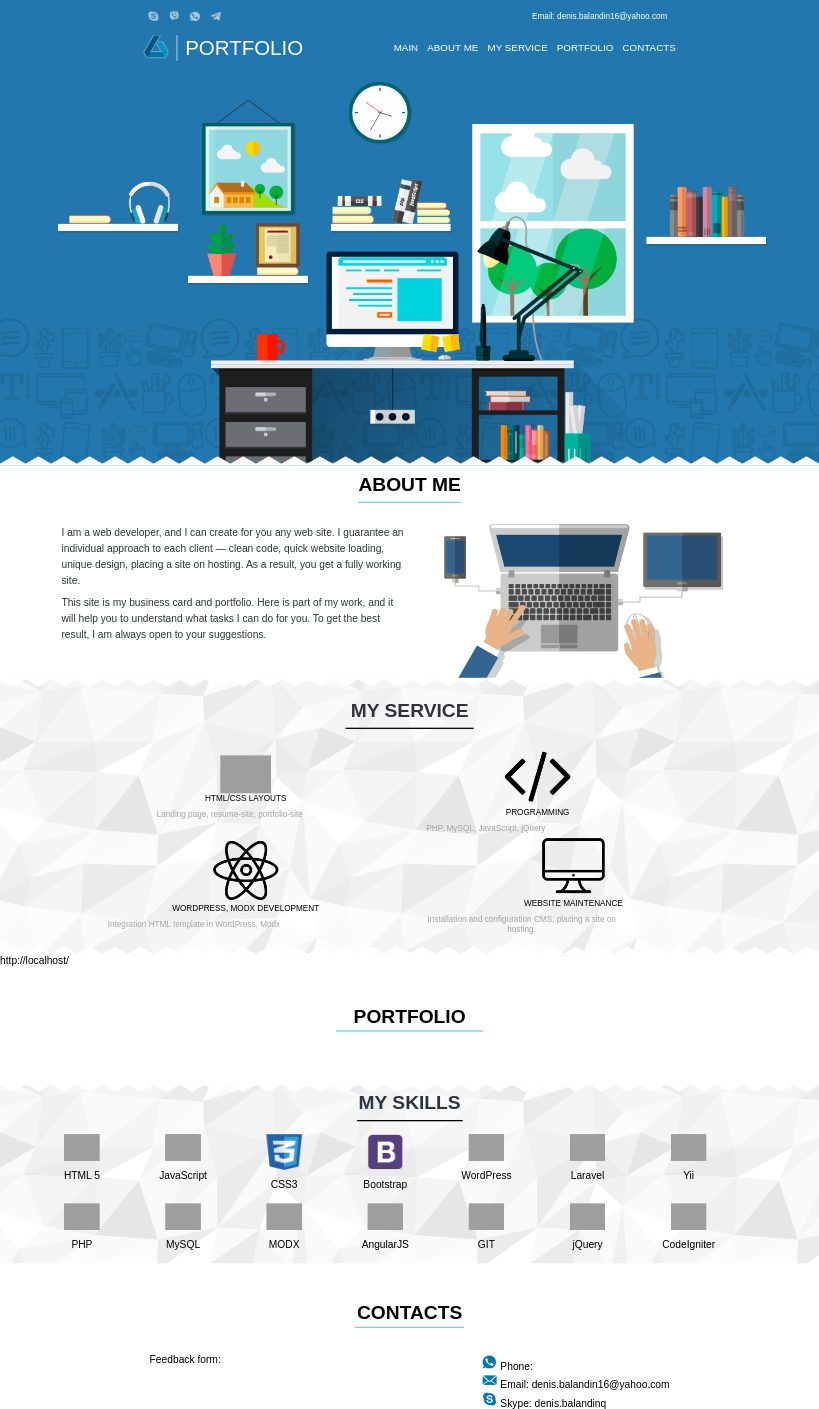
Repository: DenisBalandin/Portfolio
Page: /
The author's editor kept a copy of each file at every save. The page is drawn from the files as they stood at one save, then again after the next save.
The browser window is 1280 px wide. The pictures show the whole page, at 64% of full size.
Pictures or frames that could not be fetched are drawn as grey boxes. The page's requests for data from a server got no answer. The project was rebuilt for these pictures with package versions that can differ from the ones it lists, and the page was loaded fresh each time. No one was signed in, and anything a server would have sent is missing. Also part of the build but not shown: src/ItemPage.js.

Above is the page before, as saved 2020-03-07 12:51:21.

### src/App.js
import React from 'react';
import './style.scss';
import ItemPage from './ItemPage';
import Home from './Home';
import Header from './Header';


import {BrowserRouter as Router,Route, Link} from 'react-router-dom';

function App(){
  return (
    <Router>
      <Header/>
      <Route exact path="/pageitem" component={ItemPage} />

      <Route exact path="/pageitem/:itemid" component={ItemPage} />
      <Route exact path="/" component={Home} />
    </Router>
  );
}

export default App;

### src/style.scss
*{padding: 0; margin: 0;}
body{font-family: Arial; min-width: 500px; }
a{text-decoration: none; color: #FFFFFF; text-decoration: none;}
li{list-style: none;}

/* Heder */
#first_page_bg{
    width:100%;
    height: 70%;
    background: #2277ae;
    header{
        width: 65%;
        margin: 0 auto 0 auto;
        .up_menu_links{
            display: flex;
            justify-content: space-between;
           padding: 2% 0 0 0;
            .social_link{
                width: 30%;
                a{

                    img{
                        width: 7%;
                    }
                    margin: 0 3% 0 3%;
                }
            }
            .email_heder{
                 width: 30%;
                margin: 0 1.5% 0 0;
                a{
                    // display: flex;
                    .email_icon{
                        // width: 15%;
                        // width: 100%;
                        img{
                            width: 100%;
                            // position: absolute;
                            margin: 0 0 0 -2%;
                            // height: 100%;
                        }
                    }
                    div{
                        margin: 0.3% -2% 0 15%;
                        font-size: 1.0vw;
                    }
                }
            }
        }
        menu{
            margin:2% 0 5% 0;
            display: flex;
            justify-content: space-between;
            flex-wrap: wrap;
            width: 100%;
            .logo{
                width: 30%;
                display: flex;
                height: 100%;
                img{
                   width: 100%;
                //    height: 100%;
                //    margin: 5% 0 0% 0;
                }
                .company_name{
                    margin: auto;
                    margin: 0% 0 0 5%;
                    // height: 90%;
                    padding: 0 0 0 5%;
                    border-left: #FFFFFF 1px solid;
                    font-size: 2.5vw;
                    // height: 100%;
                    display: table;
                    a{
                        vertical-align: middle;
                    }
                }
            }
            .menu_heder{
                padding: 1.2% 0 0 0;
                width: 53%;
                display: flex;
                justify-content: space-between;
                div{
                    display: table;
                    a{
                        font-size: 1.2vw;
                        vertical-align: middle;

                    }
                    a:hover{
                        text-decoration: underline;
                    }
                }
            }
        }
    }
}
/*Heder end*/

/*Page*/
#first_page_bg_single{ width: 100%; height: 195px; background: #2277ae; padding:0px 0 0 0; overflow: hidden;}
.bg_page_insaide_page{width: 100%; background: url("img/pattop1.png") repeat-x; height: 230px; position: relative; z-index:5;}
.deltatop_page_page{width: 100%; background: url("img/deltatop.png") repeat-x; height: 14px; position: relative; z-index: 20; margin: -13px 0 0 0;}
#content_page{
    max-width: 1200px;
    margin: 30px auto 0px auto;
    display: flex;
    flex-wrap: wrap;
    flex-direction: row;
    justify-content: space-around;
}
.content_pageh1{
    font-size: 30px;
    text-transform: uppercase;
    text-align: center;
    font-weight: bold;
    position: relative;
    margin-bottom: 30px;
    color:#303440;
    text-decoration: underline;
    padding: 40px 0 10px 0;
}
#content_page img{
    width: 100%;
    height: auto;
}
/*Page end*/
.order_site{float: right; margin: 15px 0 0 20px; width: 178px; height: 30px; border: 1px solid #6ca6cd; text-align: center; color: #ffffff; padding: 10px 0 0 0; font-size: 14px; box-shadow: 9px 8px 4px -7px #2277ae; }
.order_site:hover{background: #0298cc; cursor: pointer;}
.company_name{
    color: #ffffff;
    font-size: 45px;
    margin: -10px 0 0 15px;
}
.company_name a{color: #FFFFFF;}
.company_name a:hover{color: #FFFFFF; text-decoration: none;}
.logo_border{
    width: 1px; height: 50px; background: #FFFFFF; margin: 0 10px 0 25px;
}
.content_description{
    max-width: 750px;
    height: 60px;
    float: left;
    font-size: 14px;
    color: #303440;
    margin: 0 0px 0 0;
}
.tools{ font-size: 15px; color: #303440; padding: 0 0 0 0px; }
.content_link{font-size: 15px; color: #303440; margin:0px 0 20px 0;}
.content_link a{color: #303440; text-decoration: underline;}
.content_link a:hover{text-decoration: none;}
.content_text{
    width: 80%;
    background: #fff;
    border: 1px solid #59759b;
    overflow: hidden;
    margin: 0 auto 0 auto;
}
.content_text img{
    width: 100%!important;
    height: 50%!important;
}
.web_line{ background:url("img/web_line.jpg")no-repeat;  display: inline-block; height: 69px; max-width: 1150px; margin: 0 0 -5px 0; border-right: 1px solid #59759b; border-left: 1px solid #59759b; border-top: 1px solid #59759b;}
.content_url{float: left; margin: 40px 0 0 160px;}
.content_url a{color: #585353;}
/*Links end*/
.flex-container {
    display: flex;
    flex-direction:  row-reverse;
}
/*Top Menu*/
.heder_menu{
    display: flex;
}
.top_menu{
    margin: 20px 0;
    display: flex;
    flex-direction:row;
}
/*Page bg*/
.page_bg{
    margin: -10px auto 0 auto;
}
.bg_page_insaide{width: 100%; background: url("img/pattop.png") repeat-x;  position: relative; z-index:5; background-position: bottom;
    display: flex;
    flex-direction: column;
}
.bg_page_insaide_single{width: 100%; margin: 15px 0 0 0; background: url("img/pattop.png") repeat-x; height: 130px; position: relative; z-index:5;}
.deltatop_page{width: 100%; background: url("img/deltatop.png") repeat-x; height: 14px; position: relative; z-index: 20; margin: -14px 0 0 0;}
/*Page bg end*/

/*About me*/
#about_me{
    width: 85%;
    margin:  1% auto 0% auto;
    h1{
        font-size: 30px;
        text-transform: uppercase;
        margin: 0 auto 2% auto;
        font-weight: bold;
        position: relative;
        border-bottom: 2px solid #6dcff6;
        width: 160px;
        padding: 0 0 10px 0;
    }
    .about_me_content{
    display: inline-block;
    height: 40%!important;

        p{
            box-sizing: border-box;
            font-size: 20px "Roboto";
            line-height: 25px;
            color: #303440; margin: 1% 0 1% 0;
        }
        img{
            // width: 30%;
            padding: 0 5% 0 5%;
            margin: 0 0 0% 0;

        }
    }
}
/*About me end*/

/*My Service*/
#my_service_bg{
    height: 100%;
    background: url("img/bgdelta.png") repeat-x;
    h3{
        font-size: 30px;
        text-transform: uppercase;
        font-weight: bold;
        color: #303440;
        width: 200px;
        text-align: center;
        margin: 20px auto 20px auto;
        border-bottom: 2px #000000 solid;
        padding: 0 0 10px 0;
    }
    .my_service_line_top{
        width: 100%;
        height: 14px;
        background: url("img/deltabottom.png") repeat-x;
    }
    .my_service_line_bottom{
        width: 100%;
        height: 14px;
        background: url("img/deltatop.png") repeat-x;
    }
    #my_service{
        max-width: 1500px;
        margin: 0px auto 20px auto;
        display: flex;
        flex-direction:row;
        flex-wrap: wrap;
        justify-content: center;
        div{
            display: flex;
            flex-direction:column;
            flex-wrap: wrap;
            justify-content: center;
            img{
                width: 20%;
                margin:  0 auto 0 auto;
            }
            .text_1{
                text-align: center;
                padding: 0 25px 0 25px;
                font-size: 1vw;
            }
            .text_2{
                text-align: center;
                padding: 0 25px 0 25px;
                color:#a4a4a4;
                font-size: 1vw;
                width: 300px;
            }
        }
    }
}


/*My service end*/

/*Portfolio*/
#portfolio{
    max-width: 1200px;
    margin: 0 auto 40px auto;
    display: flex;
    flex-direction:row;
    flex-wrap: wrap;
    justify-content: center;
}
.portfolioh3{
    font-size: 30px;
    text-transform: uppercase;
    text-align: center;
    font-weight: bold;
    position: relative;
    border-bottom: 2px solid #6dcff6;
    width: 230px;
    margin: 60px auto 40px auto;
    padding: 0 0 5px 0;
}
#portfolio .portfolioblock{
    border: 1px solid #bfd2e1;
    width: 368px;
    margin: 10px;
    box-shadow: 5px 5px 4px -5px #000000;
}
#portfolio div img{
    margin: -12px 0 0px 0;
    display: inline-block;
}
.p_name{
    background:#2d7eb2;
    text-align: center;
    height: 40px;
    opacity: 0.8;
    padding: 2px 20px;
    margin: 0 auto 0 auto;
}
.p_name a{
    font-size: 20px;
    color: #ffffff;
}
.p_name:hover{
    text-decoration: none;
}
/*Portfolio end*/

/*Content blog*/
#content_blog{ max-width: 1200px;  margin: 0 auto 40px auto; min-height: 300px;}
/*Content blog end*/



/*I used*/
#my_skils_bg{
    width: 100%;
    height: 100%;
    background: url("img/bgdelta.png") repeat-x;
    margin: 0 0 40px 0;
}
.my_skils_line_top{
    width: 100%;
    height: 14px;
    background: url("img/deltabottom.png") repeat-x;
}
.my_skils_line_bottom{
    width: 100%;
    height: 14px;
    background: url("img/deltatop.png") repeat-x;
}
#my_skils{
    max-width: 1200px;
    margin: 10px auto 0px auto;
    display: flex;
    flex-direction:row;
    flex-wrap: wrap;
}
#my_skils div img{}
.my_skillsh3{
    font-size: 30px;
    text-transform: uppercase;
    font-weight: bold;
    color: #303440;
    width: 165px;
    text-align: center;
    margin: 0 auto 20px auto;
    border-bottom: 2px #000000 solid;
    padding: 0 0 10px 0;
}
#my_skils div{ width: 140px; text-align: center; margin: 0 0 20px 18px;}
#my_skils div img{margin: 0 0 10px 0; width:40%;}
.about_me_img{}
.text_1{ text-align: center;}
.text_2{ text-align: center; margin: 10px 0 0 0; color:#a4a4a4; font-size: 13px;}
/*I used end*/

/*Portfolio*/
.contactsh3{
    font-size: 30px;
    text-transform: uppercase;
    text-align: center;
    font-weight: bold;
    position: relative;
    border-bottom: 2px solid #6dcff6;
    width: 170px;
    margin: 60px auto 40px auto;
    padding: 0 0 5px 0;
}
#contacts{
    max-width: 1200px;
    margin: 0 auto 0px auto;
    display: flex;
    flex-direction:row;
    flex-wrap: wrap;
    justify-content: space-around;
}
.formcont{ margin: 0 20px 0 0;}
.formcont input{border: 1px solid #dddddd; margin: 10px 0 10px 0; width: 250px; height: 30px; color: #666666; padding: 0 0 0 10px;}
.formcont textarea{border: 1px solid #dddddd; margin: 10px 0 10px 0; width: 410px; height: 70px; color: #666666; padding: 15px 0 0 10px;}
.formcont button{ background:#0298cc; height: 40px; width: 180px; color: #ffffff; font-size: 18px; border: 1px solid #6ca6cd; cursor: pointer;}
.formcont button:hover{ background:#2277ae;}
/*Portfolio end*/

/*Footer*/
#footer_bg{background: #2277ae; width: 100%; height: 100px; margin: 50px 0 0 0; }
#footer{max-width: 1200px;  margin: 10px auto 0px auto; height: 50px;}
.copyright{ color: #ffffff; margin: 25px 0 0 10px;}
.footermenu{ margin: 25px 0 0 0;}
.footermenu li{float: left; font-size: 14px; margin: 0 10px 0 10px; color: #ffffff; border-bottom: 1px solid #ffffff;}
.footermenu li:hover{border-bottom: 1px solid #2277ae;}
/*footer end*/


@media all and (max-width: 900px) {
    menu{
        display: block!important;
        .logo{
            width: 60%;
           margin: 2% auto 2% auto;
        }
        .menu_heder{
            width: 90%!important;
            margin: 2% auto 4% auto;
            a{
                font-size: 2vw!important;
            }

        }
    }
    .social_link{
        display: none
    }
    .email_heder{
        display: none
    }
    #my_service div img {
        width: 0%;
    }

    #about_me p img {
        width: 0%;
    }

    #my_skils div img {
        width: 0% !important;
    }

    #my_skils{
        justify-content: space-around!important;
    }
    #my_skils div{
        margin: 0 !important;
    }
    .top_menu{
        display: none!important;
    }
    .menu{
        margin: 10px 0 40px 0!important;
        justify-content: space-around !important;
    }
    #about_me p{
        padding: 0 30px 0 30px!important;
    }
}

### src/Home.js
import React,{Component} from 'react';
import AboutMe from './AboutMe';
import MyService from './MyService';
import MySkills from './MySkills';
import Contacts from './Contacts';
import Portfolio from './Portfolio';
import {BrowserRouter as Router,Route, Link} from 'react-router-dom';


class Home extends Component{
    render(){
        return(
            <div>
                <Router>
                    <AboutMe/>
                    <MyService/>
                    <Portfolio/>
                    <MySkills/>
                    <Contacts/>
                </Router>
            </div>
        );
    }
}
export default Home;

### src/AboutMe.js
import React from 'react';
import aboutme from './img/aboutme.png';

function AboutMe(){
    return(
        <div id="about_me">
            <h1>ABOUT ME</h1>
            <div className="about_me_content">
                <p>
                    <img className="about_me_img" align="right" src={aboutme} width="40%"/>
                    I am a web developer, and I can create for you any web site. I guarantee an individual approach to each client — clean code, quick website loading, unique design, placing a site on hosting. As a result, you get a fully working site.
                </p>
                <p>
                    This site is my business card and portfolio. Here is part of my work, and it will help you to understand what tasks I can do for you. To get the best result, I am always open to your suggestions.
                </p>
            </div>
        </div>
    );
}
export default AboutMe;

### src/MyService.js
import React from 'react';
import html_icon from './img/html_icon.png';
import code_icon from './img/code_icon.png';
import react from './img/react_icon.png';
import display_icoon from './img/display_icoon.png';

function MyService(){
    return(
        <div id="my_service_bg">
          <div className="my_service_line_top"></div>
          <h3>MY SERVICE</h3>
          <div id="my_service">
              <div>
                <img src={html_icon} />
                <div className="text_1">HTML/CSS LAYOUTS</div>
                <div className="text_2">Landing page, resume-site, portfolio-site</div>
              </div>
              <div>
                <img  src={code_icon} />
                <div className="text_1">PROGRAMMING</div>
                <div className="text_2">PHP, MySQL, JavaScript, jQuery</div>
              </div>
              <div>
                <img src={react}/>
                <div className="text_1">WORDPRESS, MODX DEVELOPMENT</div>
                <div className="text_2">Integration HTML template in WordPress, Modx</div>
              </div>
              <div>
                <img src={display_icoon}/>
                <div className="text_1">WEBSITE MAINTENANCE</div>
                <div className="text_2">Installation and configuration CMS, placing a site on hosting.</div>
              </div>
          </div>
          <div className="my_service_line_bottom"></div>
      </div>
    );
}
export default MyService;

### src/MySkills.js
import React from 'react';
import css3 from './img/css3.png';
import bootstrap from './img/bootstrap.png';

function MySkills(){
    return(
        <div id="my_skils_bg">
            <div className="my_skils_line_top"></div>
            <h3 className="my_skillsh3">My Skills</h3>
            <div id="my_skils">
                <div>
                    <img src="<?php bloginfo('template_directory'); ?>/img/html5.png" />
                    <p>HTML 5</p>
                </div>
                <div>
                    <img src="<?php bloginfo('template_directory'); ?>/img/js.png"/>
                    <p>JavaScript</p>
                </div>
                <div><img src={css3}/> <p>CSS3</p></div>
                <div><img src={bootstrap}/><p>Bootstrap</p></div>
                <div><img src="<?php bloginfo('template_directory'); ?>/img/wordpress.png"/><p>WordPress</p></div>
                <div><img src="<?php bloginfo('template_directory'); ?>/img/laravel.png"/><p>Laravel</p></div>
                <div><img src="<?php bloginfo('template_directory'); ?>/img/yii.png"/><p>Yii</p></div>
                <div><img src="<?php bloginfo('template_directory'); ?>/img/php.png"/><p>PHP</p></div>
                <div><img src="<?php bloginfo('template_directory'); ?>/img/mysql.png"/><p>MySQL</p></div>
                <div><img src="<?php bloginfo('template_directory'); ?>/img/modx.png"/><p>MODX</p></div>
                <div><img src="<?php bloginfo('template_directory'); ?>/img/angular.png"/><p>AngularJS</p></div>
                <div><img src="<?php bloginfo('template_directory'); ?>/img/git.png"/><p>GIT</p></div>
                <div><img src="<?php bloginfo('template_directory'); ?>/img/jquery.png"/><p>jQuery</p></div>
                <div><img src="<?php bloginfo('template_directory'); ?>/img/codeigniter.png"/><p>CodeIgniter</p></div>
            </div>
            <div className="my_service_line_bottom"></div>
        </div>
    );
}
export default MySkills;

### src/Contacts.js
import React from 'react';
import skype_cont from './img/skype_cont.jpg';
import mail_cont from './img/mail_cont.jpg';
import phone_cont from './img/phone_cont.png';

function Contacts(){
    return(
        <>
            <h3 className="contactsh3">CONTACTS</h3>
            <div id="contacts">
                <div className="formcont">
                    <p>Feedback form:</p>

                </div>
                <div className="contacts">
                    <div>
                    <img src={phone_cont}/> <span>Phone:</span>
                    </div>
                    <div>
                    <img src={mail_cont}/> <span>Email: denis.balandin16@yahoo.com  </span>
                    </div>
                    <div>
                    <img src={skype_cont}/> <span>Skype: denis.balandinq </span>
                    </div>
                </div>
            </div>
        </>
    );
}
export default Contacts;

### src/Portfolio.js
import React,{Component} from 'react';
import portfolioicon from './img/portfolioicon.jpg';
import { db } from "./firebase";
import ReactHtmlParser, { processNodes, convertNodeToElement, htmlparser2 } from 'react-html-parser';
import {BrowserRouter as Router,Route, Link} from 'react-router-dom';

class Portfolio extends Component{
    constructor(props){
        super(props);
        this.state = {
            pages:[]
        }
    }
    componentDidMount(){
        this.getFetch();
    }
    getFetch = () => {
        // db.collection("messages")
        // .get()
        // .then(querySnapshot => {
        //     let fullArray = [];
        //     const data = querySnapshot.docs.map(doc => doc.data());
        //     for(var int = 0; int < data.length; int++){
        //         fullArray[int] = {
        //             name: data[int].name,
        //             date:data[int].date,
        //             check:data[int].check,
        //             id: querySnapshot.docs[int].id,
        //         }
        //     }
        //     this.setState({ users: fullArray });
        // });
        fetch('http://testwoo/wp-json/wp/v2/posts')
        .then(response => response.json())
        .then(
            result => this.setState({
                pages:result
            })
        );
    }

    render(){
       return(
           <>
           {window.location.href}
            {/* <Route exact path="/"  component={Home}/> */}
            <h3 className="portfolioh3">PORTFOLIO</h3>
            <div id="portfolio">
                {this.state.pages.map((page, index)=>
                    <div className="portfolioblock">
                        {/* <Link to={`/pageitem/${page.id}`}>
                            <img src={portfolioicon}  width="368"/>
                            { ReactHtmlParser(page.excerpt.rendered)}
                        </Link>
                        <div className="p_name">
                            <a href="/pexuniverse/">{page.title.rendered}</a>
                        </div> */}
                    </div>
                )}


            </div>
        </>
       );
   }
}
export default Portfolio;

### src/firebase.js
import firebase from 'firebase';

const firebaseApp = firebase.initializeApp({
    apiKey: "AIzaSyBH21wpMVzXC2kYGnD8x1tI6ru-zdWNAqs",
    authDomain: "test-4ba23.firebaseapp.com",
    databaseURL: "https://test-4ba23.firebaseio.com",
    projectId: "test-4ba23",
    storageBucket: "test-4ba23.appspot.com",
    messagingSenderId: "597606478464",
    appId: "1:597606478464:web:6e48455407186638df2c65",
    measurementId: "G-NDR2C185V9"
});

const db = firebaseApp.firestore();

export {db};

Loaded but not shown: public/index.html (common file); src/index.js (common file); src/index.css (common file); src/serviceWorker.js (common file); src/Header.js (72 lines, source omitted)

After the next save:
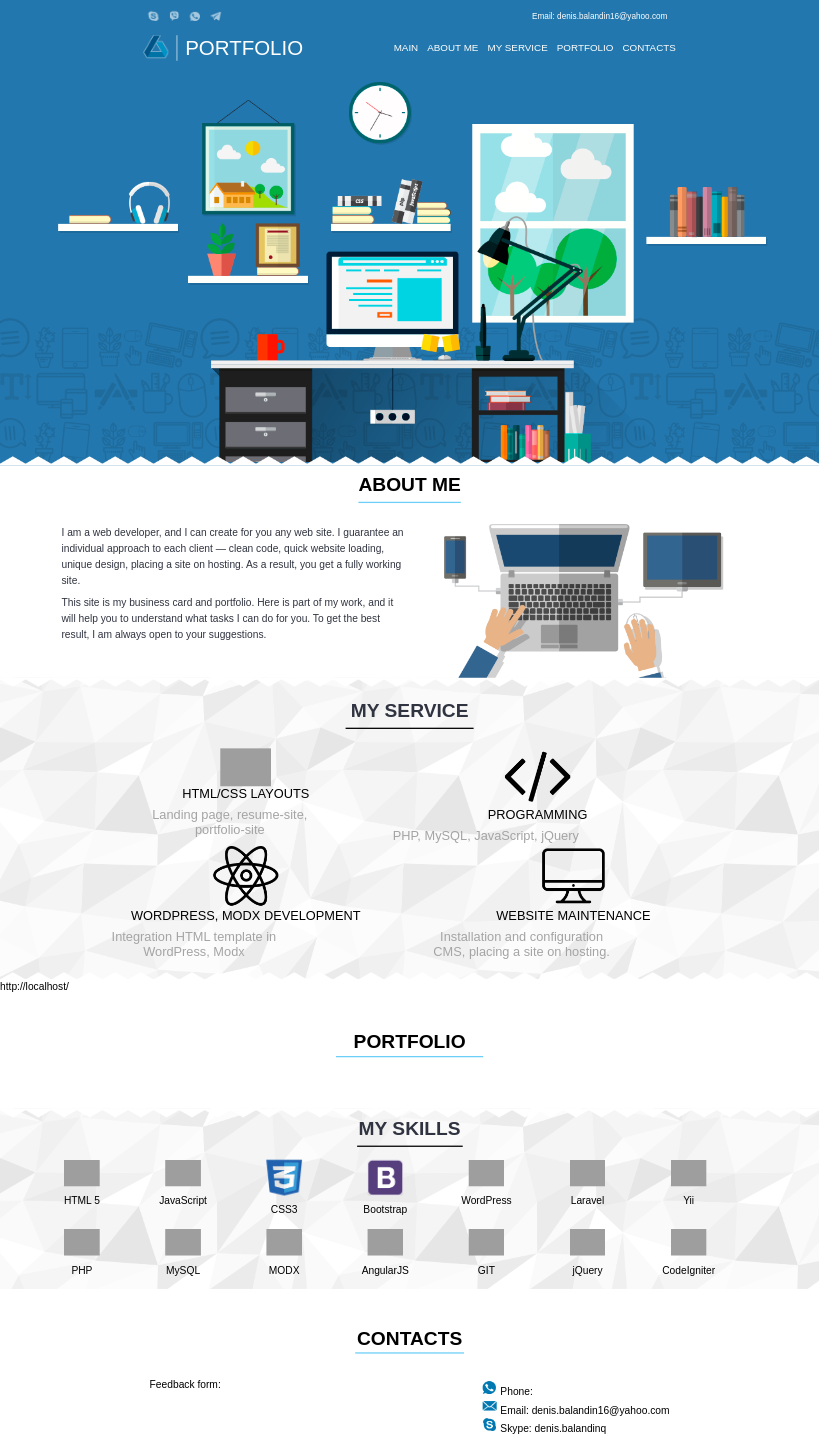
Saved 27 s later.
--- a/src/style.scss
+++ b/src/style.scss
@@ -268,13 +268,13 @@
             .text_1{
                 text-align: center;
                 padding: 0 25px 0 25px;
-                font-size: 1vw;
+                font-size: 20px;
             }
             .text_2{
                 text-align: center;
                 padding: 0 25px 0 25px;
                 color:#a4a4a4;
-                font-size: 1vw;
+                font-size: 20px;
                 width: 300px;
             }
         }
